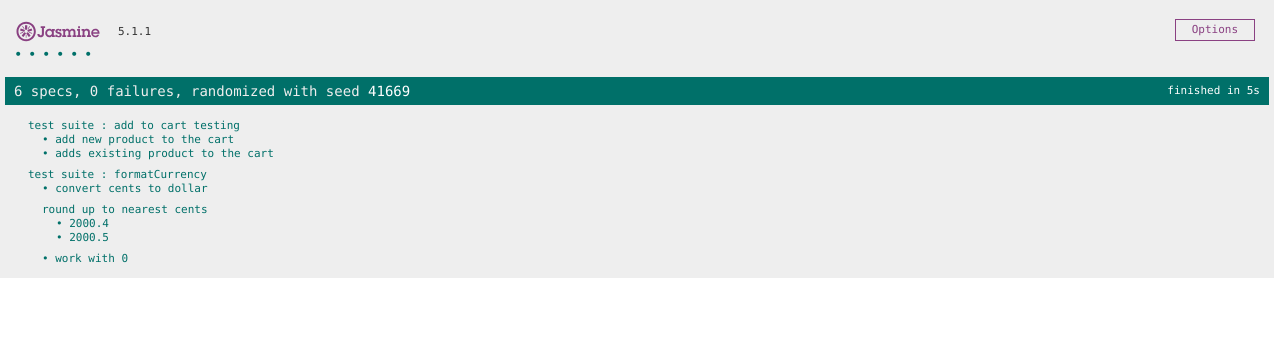
Repository: Gaurav124937/Javascirpt-amazon-clone
Page: tests-jasmine/tests.html
An editor plug-in stored every save of this project. The page is shown before and after the next save, followed by the edit.
The browser window is 1280 px wide. The pictures show the whole page.

Above is the page before, as saved 2026-10-15 21:53:38.

After the next save:
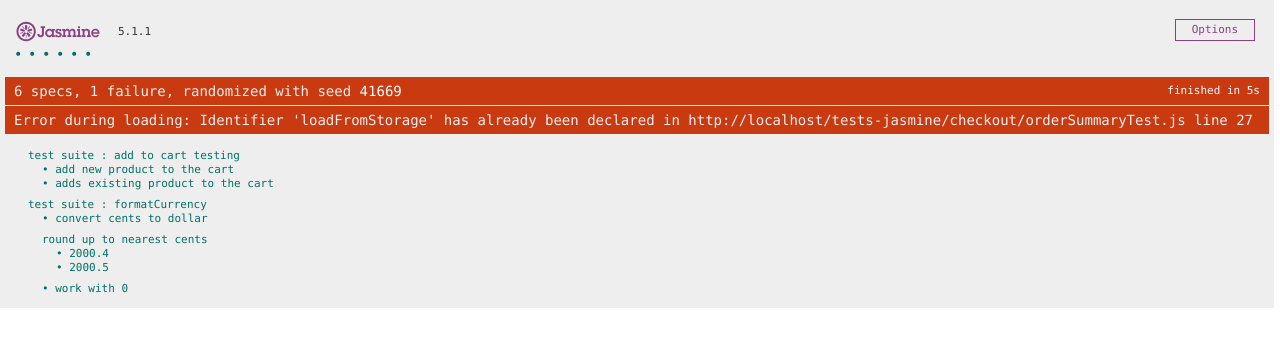
Console error: SyntaxError: Identifier 'loadFromStorage' has already been declared
Saved 32 s later.
--- a/tests-jasmine/tests.html
+++ b/tests-jasmine/tests.html
@@ -19,6 +19,7 @@
 
     <script src="utils/moneyTest.js" type="module"></script>
     <script src="data/cartTests.js" type="module"></script>
+    <script src="checkout/orderSummaryTest.js" type="module"></script>
   </head>
 
   <body>

After the save that followed:
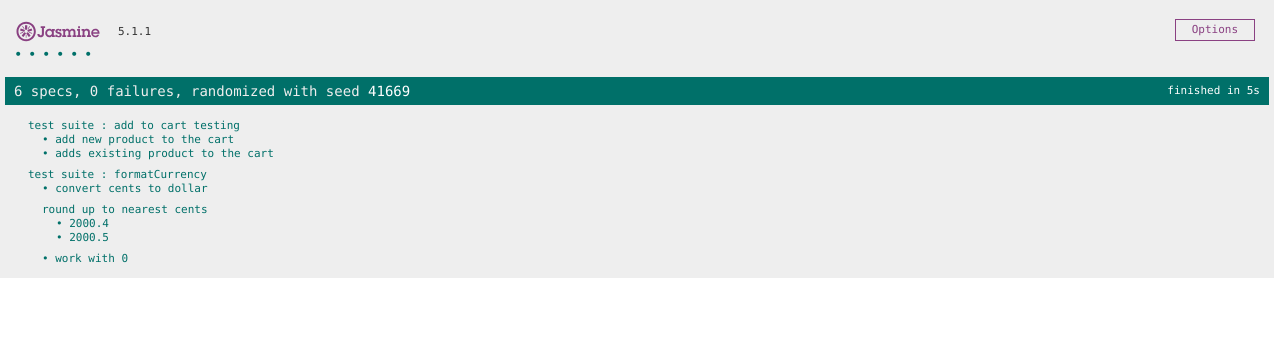
The error is gone.
Saved 39 s later.
--- a/tests-jasmine/checkout/orderSummaryTest.js
+++ b/tests-jasmine/checkout/orderSummaryTest.js
@@ -24,4 +24,3 @@
         renderOrderSummary();
     })
 })
-import { loadFromStorage } from "../../data/cart";
